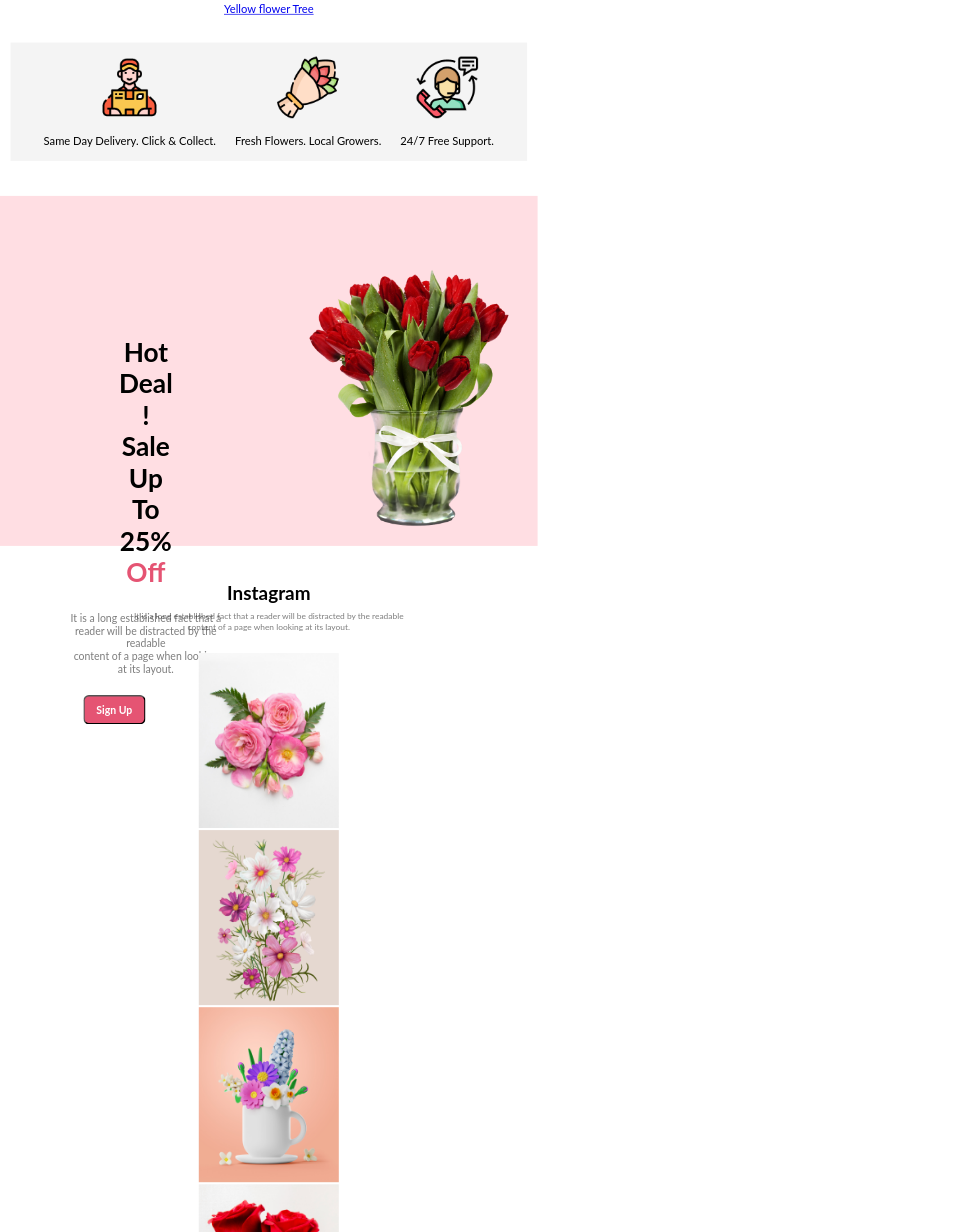
Repository: sadiaafsana138/Flower-Shop_Responsive
Page: index.html
These files come from the project's save history. The page is drawn as it stood at one moment and after the next save; the edit follows.
The browser window is 768 px wide. The page is 1400 px wide, so the pictures cover 1400 px, including what lies to the right of the window. The pictures show the part of the page from y = 1777 to 3537 px (the page is 4984 px tall before and 4954 px after), at 70% of full size.

Above is the page before, as saved 2023-09-07 05:40:11.

### index.html
<!DOCTYPE html>
<html lang="en">

<head>
    <meta charset="UTF-8">
    <meta name="viewport" content="width=device-width, initial-scale=1.0">
    <title>Flower Shop</title>
    <link rel="stylesheet" href="Flower.css">
</head>
<body>
    <header>
        <section class="Section1">
            <div>
                <div id="HeaderText1">
                    <h1>
                        Let's make<br>beautiful flowers<br>a part of your life.
                    </h1>
                </div>
                <div id="HeaderText2">
                    <p>
                        It is a long established fact that a reader will be distracted by the readable<br>content of a
                        page when looking at its layout. The point of using Lorem Ipsum is<br>that it has a more-or-less
                        normal distribution of letters.
                    </p>
                </div>
                <button class="Main_button">
                    Shop Now
                </button>
            </div>
            <div class="flowerBanner">
                <img src="Images/1.png" alt="Cover image" height="500px" width="400px">
            </div>
        </section>
    </header>
    <main>
        <section class="Section2">
            <div>
                <div id="Section_2_header1">
                    <h1>
                        Our Featured Flowers
                    </h1>
                </div>
                <div>
                    <p id="Section_2_header2">
                        It is a long established fact that a reader will be distracted by the readable<br>content of a
                        page when looking at its layout.
                    </p>
                </div>
            </div>
            <div class="Section_2_pictures">
                <div id="sec2_pic1">
                    <img src="Images/2.png" alt="" height="250px" width="180px">
                    <br>
                    <br>
                    <a href="https://flowersourcebd.com/" target="_blank">
                        Pink flower Tree
                    </a>
                </div>
                <div id="sec2_pic2">
                    <img src="Images/3.png" alt="" height="250px" width="230px">
                    <br>
                    <br>
                    <a href="https://flowersourcebd.com/" target="_blank">
                        Multi flower Tree
                    </a>
                </div>
                <div id="sec2_pic3">
                    <img src="Images/4.png" alt="" height="250px" width="180px">
                    <br>
                    <br>
                    <a href="https://flowersourcebd.com/" target="_blank">
                        Yellow flower Tree
                    </a>
                </div>
            </div>
        </section>
        <section class="Section3">
            <div class="Sec3_pic">
                <div>
                    <img src="Images/5.png" alt="">
                    <br>
                    <br>
                    <p>Same Day Delivery. Click & Collect.</p>
                </div>
                <div>
                    <img src="Images/6.png" alt="">
                    <br>
                    <br>
                    <p>Fresh Flowers. Local Growers.</p>
                </div>
                <div>
                    <img src="Images/7.png" alt="">
                    <br>
                    <br>
                    <p>24/7 Free Support.</p>
                </div>
            </div>
        </section>
        <section class="Section4">
            <div>
                <div id="Sec4_text1">
                    <h1>
                        Hot Deal ! Sale Up To 25% <span id="off_color">Off</span>
                    </h1>
                </div>
                <br>
                <div id="Sec4_text2">
                    <p>
                        It is a long established fact that a reader will be distracted by the readable<br>content of a page when looking at its layout.
                    </p>
                </div>
                <br>
                <button class="Main_button">
                    Sign Up
                </button>
            </div>
            <div id="sec4_vas">
                <img src="Images/8.png" alt="" height="380px" width="300px">
            </div>
        </section>
        <section class="Section5">
            <div>
                <div id="Section_2_header1">
                    <h1>
                        Instagram
                    </h1>
                </div>
                <div>
                    <p id="Section_2_header2">
                        It is a long established fact that a reader will be distracted by the readable<br>content of a
                        page when looking at its layout.
                    </p>
                </div>
            </div>
            <div class="Section_2_pictures">
                <div>
                    <img src="Images/9.png" alt="" height="250px" width="200px">
                </div>
                <div>
                    <img src="Images/10.png" alt="" height="250px" width="200px">
                </div>
                <div>
                    <img src="Images/11.png" alt="" height="250px" width="200px">
                </div>
                <div>
                    <img src="Images/12.png" alt="" height="250px" width="200px">
                </div>
            </div>
        </section>
        <section class="Section6">
            <div>
                <img src="Images/14.png" alt="" height="320px" width="700px">
                <br>
                <button class="ways">
                    See more
                </button>
            </div>
            <div>
                <img src="Images/15.png" alt="" height="320px" width="700px">
                <br>
                <input type="text" placeholder="Write your meessage here" size="50">
                <button class="message">
                    Submit
                </button>
            </div>
        </section>
        <section class="Section7">
            <div class="Sec7">
                <div id="Section_2_header1">
                    <h1>
                        Get The Latest Deals
                    </h1>
                </div>
                <div>
                    <p id="Section_2_header2">
                        $30 coupon for first shopping
                    </p>
                </div>
                <div>
                    <input type="email" placeholder="Input your Email Id here" size="50">
                <button class="message">
                    Subscribe
                </button>
                </div>
            </div>
        </section>
    </main>
    <footer>
        <section class="Section8">
            <div>
                <div id="Sec4_text1">
                    <h1>
                        <span id="off_color">Flower</span><span class="white_color">Shop</span>
                    </h1>
                </div>
                <br>
                <div id="Sec4_text2">
                    <p class="white_color">
                        It is a long established fact that a reader will be distracted by the readable<br>content of a page when looking at its layout.
                    </p>
                    <br>
                    <p id="assh">
                        @2020-2023, FlowerShop.com. All rights reserved
                    </p>
                </div>
            </div>
        </section>
    </footer>
</body>
</html>

### Flower.css
*{
    margin:0px;
    font-family: Lato;
    font-style: normal;
}
/*Section 1*/
.Section1{
    background-color: rgb(255, 222, 227);
    height:500px;
    width: 100%;
    display: flex;
    justify-content: space-around;
}
#HeaderText1{
    padding: 100px 70px 5px 100px;
    font-size:  25px;
    font-weight: 800;

}
#HeaderText2{
    padding: 10px 0px 5px 100px;
    font-size:  12px;
    font-weight: 400;
    color:rgba(39, 39, 39, 0.60);
}
.Main_button{
    border-radius: 8px;
    background: #E55473;
    color: #FFF;
    font-size: 15px;
    font-weight: 700;
    padding: 10px 17px;
    margin: 10px 0px 0px 100px;
}
/*Section 2*/
#Section_2_header1{
    padding: 50px 0px 10px 0px;
    font-size:  18px;
    font-weight: 800;
    text-align: center;
}
#Section_2_header2{
    font-size:  12px;
    font-weight: 400;
    color:rgba(39, 39, 39, 0.60);
    text-align: center;
}
.Section_2_pictures{
    margin: 30px 150px 0px;
    justify-content: space-around;
    display: flex;
}
#sec2_pic1{
    border-radius: 300px 300px 0px 0px;
    background: rgba(167, 33, 98, 0.15);
    height:250px ;
    width: 230px;
    padding: 80px 30px 0px 30px;
    text-align: center;
}
#sec2_pic2{
    border-radius: 300px 300px 0px 0px;
    background:rgba(5, 151, 160, 0.15);
    height: 250px;
    width: 230px;
    padding: 80px 30px 0px 30px;
    text-align: center;
}
#sec2_pic3{
    border-radius: 300px 300px 0px 0px;
    background: rgba(71, 125, 17, 0.15);
    height: 250px;
    width: 230px;
    padding: 80px 30px 0px 30px;
    text-align: center;

}
/*Section 3*/
.Sec3_pic{
    background: rgba(39, 39, 39, 0.05);
    margin: 100px 185px 0px;
    padding: 50px 0px 30px;
    justify-content: space-around;
    display: flex;
    text-align: center;
}
/* Section 4 */
.Section4{
    margin-top: 50px;
    background-color: rgb(255, 222, 227);
    height:500px;
    width: 100%;
    display: flex;
    justify-content: space-around;
    text-align: center;
}
#Sec4_text1{
    padding: 200px 70px 5px 170px;
    font-size:25px;
    font-weight: 800;
}
#Sec4_text2{
    padding: 10px 0px 0px 100px;
    font-size:  15px;
    font-weight: 400;
    color:rgba(39, 39, 39, 0.60);
}
#off_color{
    color: #E55473;
}
#sec4_vas{
    padding: 100px 120px ;
}
/*section 6 */
.Section6{
    margin-top: 50px;
    background-color: rgb(255, 222, 227);
    height:400px;
    width: 100%;
    display: flex;
    justify-content: space-around;
}
.message{
    border-radius: 8px;
    background: #E55473;
    color: #FFF;
    font-size: 15px;
    font-weight: 700;
    padding: 10px 25px;
    margin: 10px 0px 0px 10px;
}
.ways{
    border-radius: 8px;
    background: #E55473;
    color: #FFF;
    font-size: 15px;
    font-weight: 700;
    padding: 10px 30px;
    margin: 10px 250px ;
}
/*section 7*/
.Section7{
    background-image: url(Images/13.png);
    margin: 100px 185px 0px;
}
.Sec7{
    padding: 50px 0px 30px;
    text-align: center;
}
/*Section 8*/
.Section8{
    margin-top: 50px;
    background-color: rgb(0, 0, 0);
    height:400px;
    width: 100%;
    text-align: center;

}
.white_color{
    color: #FFF;
}
#assh{
    color: rgba(169, 169, 169, 0.589);
}




/*Responsive*/
/*Tab*/
@media screen and (min-width:768px) and (max-width:992px) {
    .Section1{
    height:505px;
    justify-content: space-evenly;
    }
    #HeaderText1{
        padding: 100px 10px 10px 10px;
    }
    #HeaderText2{
        padding: 10px;
    }
    .Main_button{
        margin: 10px 0px 0px 10px;
    }
    .flowerBanner img{
        max-width:100% ;
        height: auto;
    }
    .Section2{
        padding:10px;
    }
    .Section_2_pictures{
        margin: 30px 150px 0px;
        justify-content: space-evenly;
    }

}







/*Mobile*/
@media screen and (max-width:768px) {
    .Section1{
        height:505px;
        justify-content: space-evenly;
        }
        #HeaderText1{
            padding: 100px 10px 10px 10px;
            font-size:  18px;
        }
        #HeaderText2{
            padding: 10px;
        }
        .Main_button{
            margin: 10px 0px 0px 10px;
        }
        .flowerBanner img{
            max-width:100% ;
            height: 450px;
        }
        .Section_2_pictures{

            align-items: center;
            flex-direction: column;

        }
        #sec2_pic1,#sec2_pic2,#sec2_pic3{
            margin-bottom:50px;
        }
        .Sec3_pic{
            margin: 20px 15px;
            padding: 20px;
            justify-content: space-evenly;
        }
}

After the next save:
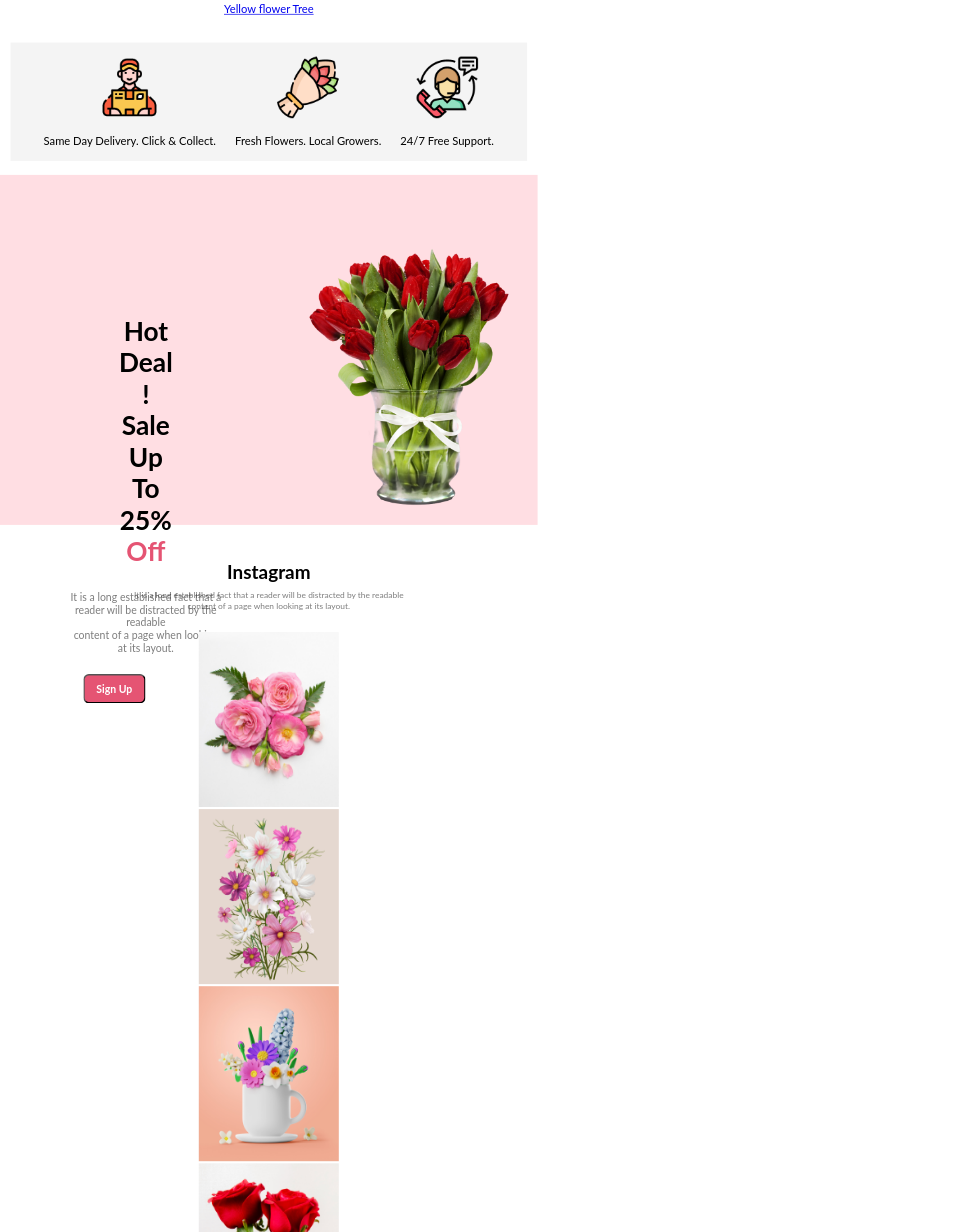
Saved 3 min 58 s later.
--- a/Flower.css
+++ b/Flower.css
@@ -193,6 +193,32 @@
         margin: 30px 150px 0px;
         justify-content: space-evenly;
     }
+    .Section4{
+        margin-top: 10px;
+        background-color: rgb(255, 222, 227);
+        height:500px;
+        width: 100%;
+        display: flex;
+        justify-content: space-around;
+        text-align: center;
+    }
+    #Sec4_text1{
+        padding: 200px 70px 5px 170px;
+        font-size:25px;
+        font-weight: 800;
+    }
+    #Sec4_text2{
+        padding: 10px 0px 0px 100px;
+        font-size:  15px;
+        font-weight: 400;
+        color:rgba(39, 39, 39, 0.60);
+    }
+    #off_color{
+        color: #E55473;
+    }
+    #sec4_vas{
+        padding: 100px 120px ;
+    }
 
 }
 
